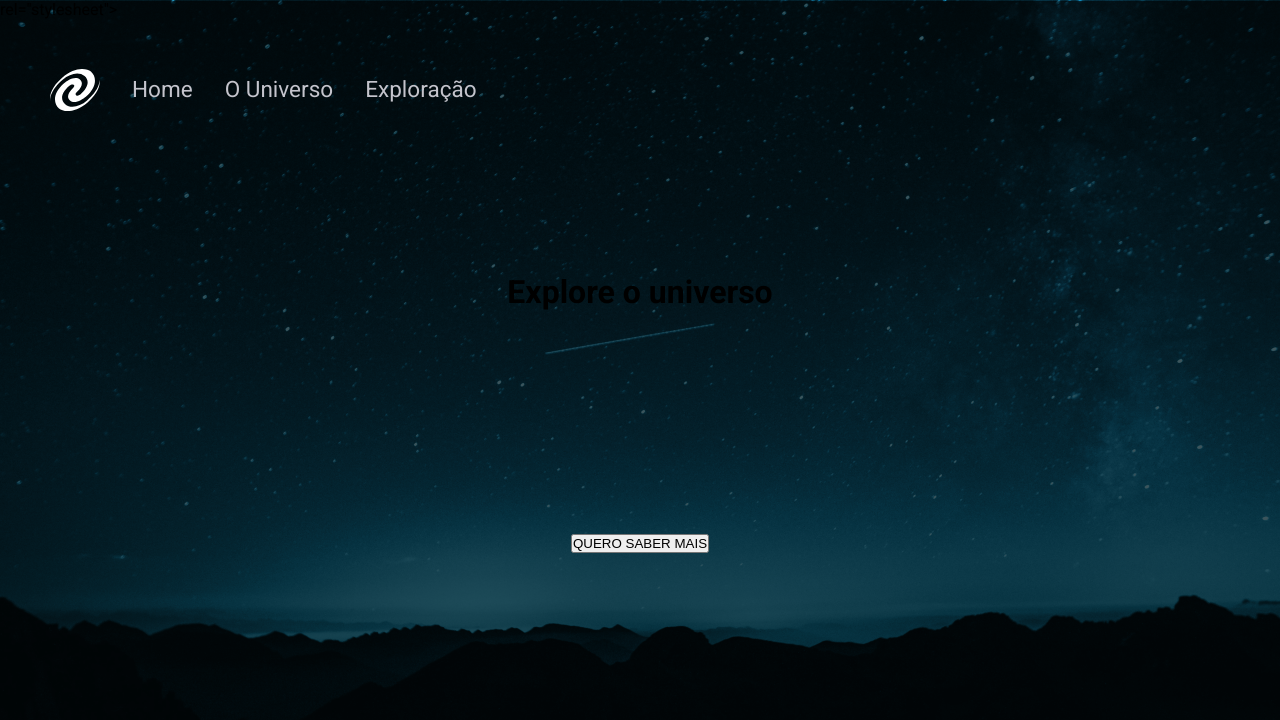
Repository: eltonneiferson/spaUniverse
Page: index.html
An editor plug-in stored every save of this project. The page is shown before and after the next save, followed by the edit.
The browser window is 1280 px wide. The pictures show the whole page.

Above is the page before, as saved 2022-10-26 22:18:15.

After the next save:
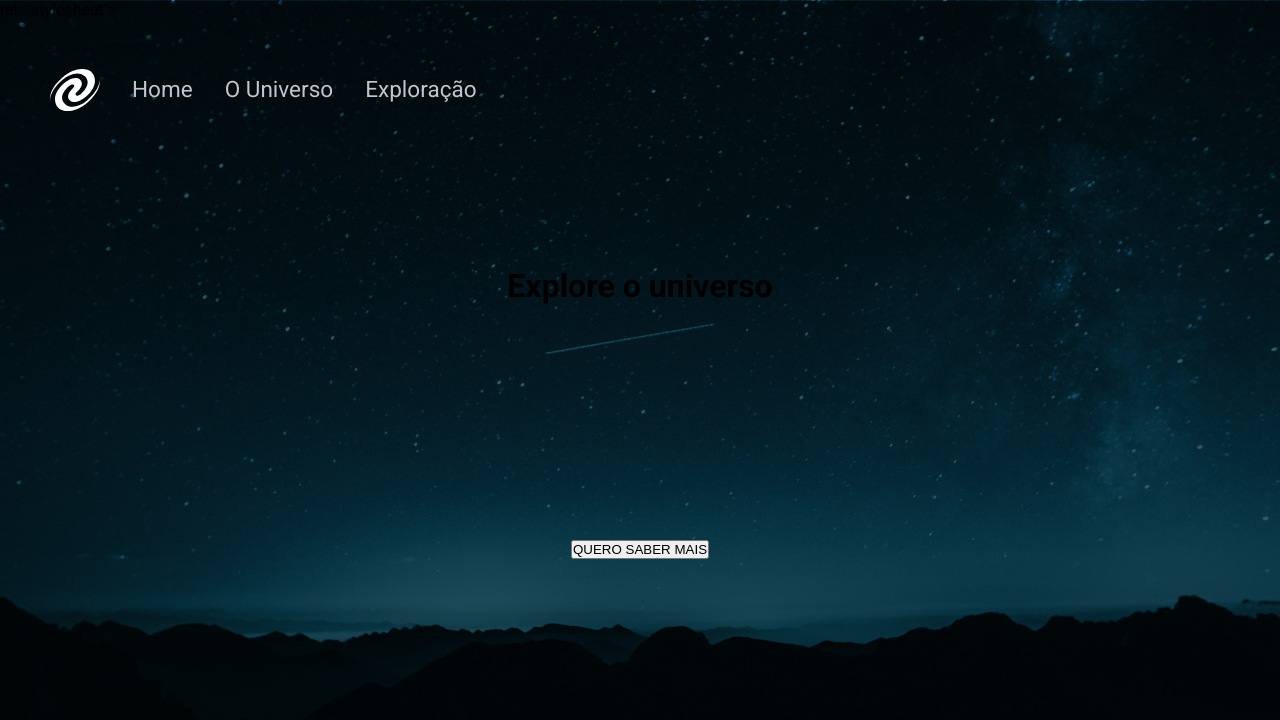
Saved 42 s later.
--- a/stylle.css
+++ b/stylle.css
@@ -42,4 +42,5 @@ main {
     min-height: 70vh;
     display: grid;
     place-items: center;
+    gap: 24px;
 }
